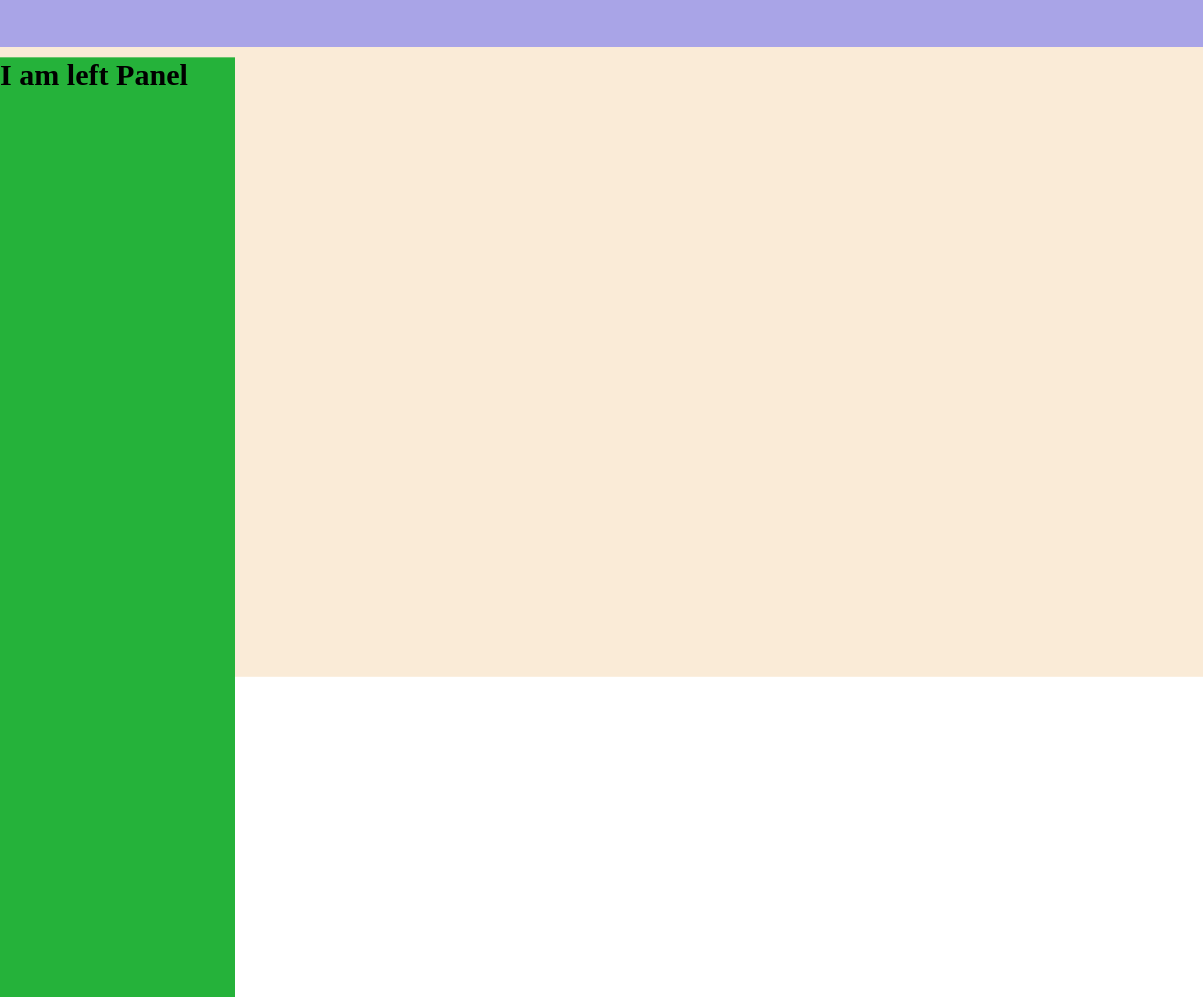
Repository: purnimapatel/fish-world
Page: index.html
These files come from the project's save history. The page is drawn as it stood at one moment and after a run of saves; the edit follows.
The browser window is 1280 px wide. The pictures show the whole page, at 94% of full size.

Above is the page before, as saved 2024-08-25 10:57:23.

### index.html
<!DOCTYPE html>
<html lang="en">
<head>
    <meta charset="UTF-8">
    <meta name="viewport" content="width=device-width, initial-scale=1.0">
    <title>Document</title>
    <link  rel = "stylesheet" type = "text/css" href = "style.css"/>

    <!-- <link rel="stylesheet" type="text/css" href="styles.css"> -->

</head>
<body>
    <div class=" container">
        <div class = "navbar"></div>
        <div class ="leftPanel">
            <h1>I am left Panel</h1>
        </div>
        <div class = "mainBody"></div>
    </div>

</body>
</html>

### style.css
body{
   margin: 0;
   padding:0;
   display: flex;
   height:100vh;
   align-items: center;
   justify-content: center;
}
.container{
    height: 100vh;
    width:100vw;
    background-color:antiquewhite;

}
.navbar{
    width:100vw;
    height:50px;
    background-color:rgb(169, 164, 231);
    margin-bottom: 0;

}
.leftPanel{
    margin-top: -10px;
    width:250px;
    height:1000px;
    background-color:rgb(37, 178, 58);
}

After the next 2 saves:
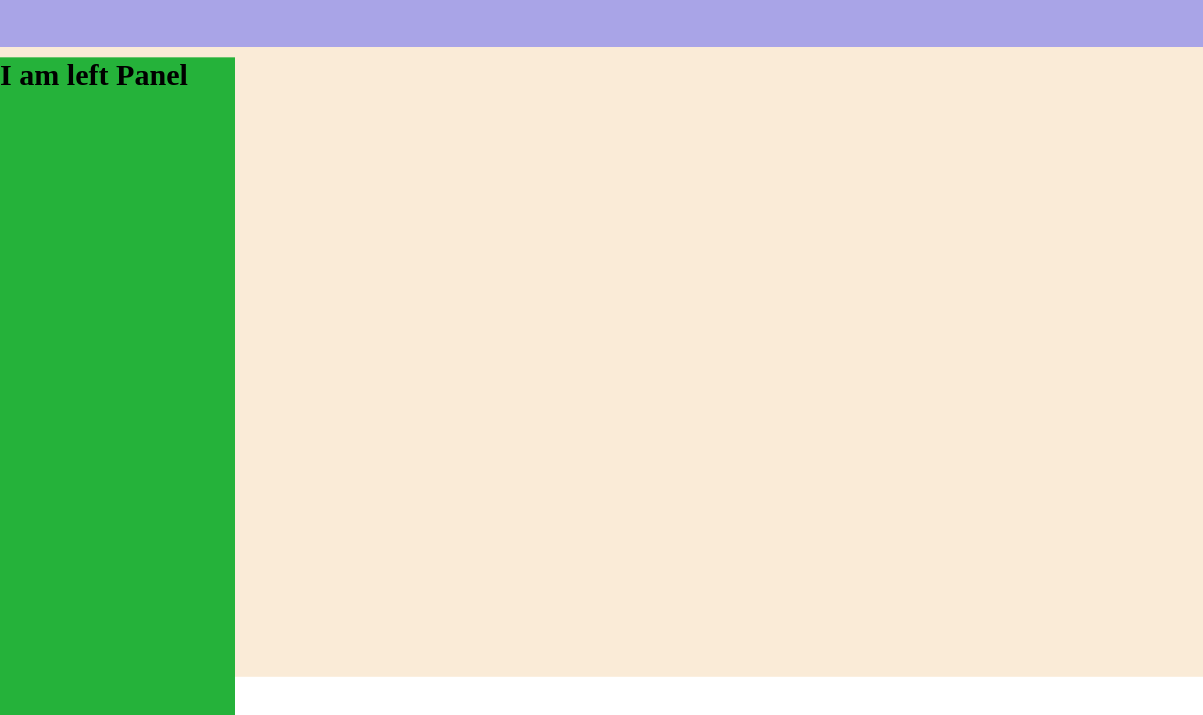
The 2 saves are shown as one change because they came seconds apart.
The last was saved 18 s later.
--- a/style.css
+++ b/style.css
@@ -22,6 +22,6 @@ body{
 .leftPanel{
     margin-top: -10px;
     width:250px;
-    height:1000px;
+    height:700px;
     background-color:rgb(37, 178, 58);
 }
